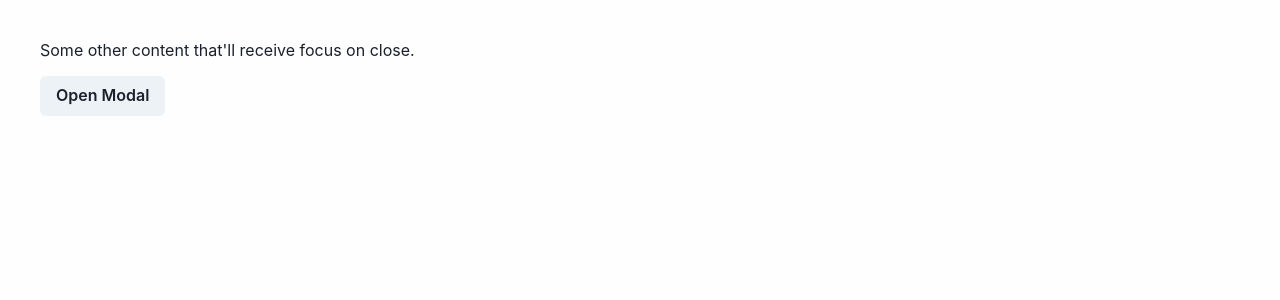
Repository: jorgelucasjs/chakra-ui-doc
Page: /
The author's editor kept a copy of each file at every save. The page is drawn from the files as they stood at one save, then again after a run of saves.
The browser window is 1280 px wide. The pictures show the whole page.
The project was rebuilt for these pictures with package versions that can differ from the ones it lists, and the page was loaded fresh each time.

Above is the page before, as saved 2023-01-05 13:11:36.

### public/index.html
<!DOCTYPE html>
<html lang="en">
  <head>
    <meta charset="utf-8" />
   <!--  <link rel="icon" href="%PUBLIC_URL%/logo.jpg" /> -->
    <meta name="viewport" content="width=device-width, initial-scale=1" />
    <meta name="theme-color" content="#000000" />
    <meta
      name="description"
      content="Web site created using create-react-app"
    />
    <!-- <link rel="apple-touch-icon" href="%PUBLIC_URL%/logo.jpg" /> -->
    <!--
      manifest.json provides metadata used when your web app is installed on a
      user's mobile device or desktop. See https://developers.google.com/web/fundamentals/web-app-manifest/
    -->
    <link rel="manifest" href="%PUBLIC_URL%/manifest.json" />
    <!--
      Notice the use of %PUBLIC_URL% in the tags above.
      It will be replaced with the URL of the `public` folder during the build.
      Only files inside the `public` folder can be referenced from the HTML.

      Unlike "/favicon.ico" or "favicon.ico", "%PUBLIC_URL%/favicon.ico" will
      work correctly both with client-side routing and a non-root public URL.
      Learn how to configure a non-root public URL by running `npm run build`.
    -->
    <title>Chackra ui</title>
  </head>
  <body>
    <noscript>You need to enable JavaScript to run this app.</noscript>
    <div id="root"></div>
    <!--
      This HTML file is a template.
      If you open it directly in the browser, you will see an empty page.

      You can add webfonts, meta tags, or analytics to this file.
      The build step will place the bundled scripts into the <body> tag.

      To begin the development, run `npm start` or `yarn start`.
      To create a production bundle, use `npm run build` or `yarn build`.
    -->
  </body>
</html>

### src/index.tsx
import React from 'react';
import ReactDOM from 'react-dom/client';
import App from './App';
import reportWebVitals from './reportWebVitals';

const root = ReactDOM.createRoot(
  document.getElementById('root') as HTMLElement
);


root.render(

	<React.StrictMode>
		<App />
	</React.StrictMode>

);

reportWebVitals();

### src/App.tsx
import * as React from 'react';
import PagesRouter from './routes';
import { extendTheme, ChakraProvider, ColorModeScript } from '@chakra-ui/react';
import theme from './theme/theme';

export default function App(): JSX.Element {

	return (
		<ChakraProvider theme={theme}>
			<ColorModeScript initialColorMode={theme.config.initialColorMode} />
			<PagesRouter />
		</ChakraProvider>
	);
}

### src/routes/index.tsx
import React from 'react';
import { BrowserRouter, Route, Routes } from 'react-router-dom';
import Home from '../pages';
import GlobalStyle from './../style/Global';
export default function PagesRouter(): JSX.Element {
	return (

		<BrowserRouter>
			<GlobalStyle />

			<Routes>

				<Route
					path='/'
					element={<Home />}
				/>
			</Routes>
		</BrowserRouter>

	);
}

### src/theme/theme.ts
import { extendTheme, ThemeConfig } from '@chakra-ui/react';

const config: ThemeConfig = {
	initialColorMode: 'light',
	useSystemColorMode: false,
};

const colors = {
	brand: {
		900: '#1a365d',
		800: '#153e75',
		700: '#2a69ac',
	},
};

const theme = extendTheme({ config, colors });

export default theme;

### src/pages/index.tsx
import React from 'react';
import { Box, Container, Text, Flex, Grid, Button, SimpleGrid } from '@chakra-ui/react';
import Gradient from '../components/Gradient';
import ColorMode from '../components/ColorMode';
import ModalComponent from '../components/ModalComponent';


export default function index(): JSX.Element {

	return (
		<Box p={10}>
			{/* <Gradient /> */}
			{/* <ColorMode /> */}
			<ModalComponent />
		</Box>
	);
}

### src/style/Global.ts
import { createGlobalStyle } from 'styled-components';

export default createGlobalStyle`
  * {
	  margin: 0;
	  padding: 0;
	  box-sizing: border-box;
	}

  body {
	  width: 100vw;
	  background:#fefefe;
  }

  body,
  input,
  textarea,
  button {
	font: 400 1rem Inter, sans-serif;
  }

  h1 {
	font-size: 2.5rem;
	font: 700;
	font-family: 'Work Sans', sans-serif;
  }

  h2 {
	font-size: 1.5rem;
  }

  button {
	cursor: pointer;
  }

  h1,
  h2,
  h3,
  h4,
  h5,
  h6 {
	font-weight: 600;
	font-family: Lexend, sans-serif;
  }

  input {
	outline: none;
  }
  a{
	text-decoration:none;
	color:#fff;
  }
  .modalContent,
  .secondModal {
	>img {
	  width: 15rem;
	  margin: 15px auto;
	  display: flex;
	  justify-content: center;
	  align-self: center;
	}
	> form {
	  margin: 20px 0;
	  width: 100%;
	  text-align: center;

	> label {
	  display: flex;
	  align-items: flex-start;
	  margin: 15px 0;
	  color: #1c1c1c;
	}

	>button {
	  margin-top: 25px;
	}
  }
}


.secondModal {
  >h1 {
	text-align: center;
	margin: 4rem 0 0 0;
  }

  >span {
	display: block;
	text-align: center;
	color: #1c1c1c;
	font-size: 15px;
	margin: 20px 0;
  }
}



`;

### src/components/ModalComponent.tsx
import React from 'react';
import {
	Modal,
	ModalOverlay,
	ModalContent,
	ModalHeader,
	ModalFooter,
	ModalBody,
	ModalCloseButton,
	useDisclosure,
	Button,
	Text,
	Box
} from '@chakra-ui/react';

export default function ModalComponent(): JSX.Element {
	const { isOpen, onOpen, onClose } = useDisclosure();
	const finalRef = React.useRef(null);

	return (


		<>
			<Box ref={finalRef} tabIndex={-1} aria-label='Focus moved to this box'>
				Some other content that'll receive focus on close.
			</Box>

			<Button mt={4} onClick={onOpen}>
				Open Modal
			</Button>
			<Modal finalFocusRef={finalRef} isOpen={isOpen} onClose={onClose}>
				<ModalOverlay />
				<ModalContent>
					<ModalHeader>Modal Title</ModalHeader>
					<ModalCloseButton />
					<ModalBody>
						<Text mb={3}>
							Sit nulla est ex deserunt exercitation anim occaecat. Nostrud
							ullamco deserunt aute id consequat veniam incididunt duis in sint
							irure nisi. Mollit officia cillum Lorem ullamco minim nostrud elit
							officia tempor esse quis.Sunt ad dolore quis aute consequat. Magna
							exercitation reprehenderit magna aute tempor cupidatat consequat
							elit dolor adipisicing. Mollit dolor eiusmod sunt ex incididunt
							cillum quis. Velit duis sit officia eiusmod Lorem aliqua enim laboris
							do dolor eiusmod. Et mollit incididunt nisi consectetur esse laborum
							eiusmod pariatur proident Lorem eiusmod et. Culpa deserunt nostrud ad
							veniam.
						</Text>

						<Text>
							Sit nulla est ex deserunt exercitation anim occaecat. Nostrud
							ullamco deserunt aute id consequat veniam incididunt duis in sint
							irure nisi. Mollit officia cillum Lorem ullamco minim nostrud elit
							officia tempor esse quis.Sunt ad dolore quis aute consequat. Magna
							exercitation reprehenderit magna aute tempor cupidatat consequat
							elit dolor adipisicing. Mollit dolor eiusmod sunt ex incididunt
							cillum quis. Velit duis sit officia eiusmod Lorem aliqua enim laboris
							do dolor eiusmod. Et mollit incididunt nisi consectetur esse laborum
							eiusmod pariatur proident Lorem eiusmod et. Culpa deserunt nostrud ad
							veniam.
						</Text>
					</ModalBody>

					<ModalFooter>
						<Button colorScheme='blue' mr={3} onClick={onClose}>
							Close
						</Button>
						<Button variant='ghost'>Secondary Action</Button>
					</ModalFooter>
				</ModalContent>
			</Modal>
		</>
	);
}

{/* <>
			<Button onClick={onOpen}>Open Modal</Button>
			<Modal isOpen={isOpen} onClose={onClose}>
				<ModalOverlay />
				<ModalContent>
					<ModalHeader>Modal Title</ModalHeader>
					<ModalCloseButton />
					<ModalBody>
						<Text mb={3}>
							Sit nulla est ex deserunt exercitation anim occaecat. Nostrud
							ullamco deserunt aute id consequat veniam incididunt duis in sint
							irure nisi. Mollit officia cillum Lorem ullamco minim nostrud elit
							officia tempor esse quis.Sunt ad dolore quis aute consequat. Magna
							exercitation reprehenderit magna aute tempor cupidatat consequat
							elit dolor adipisicing. Mollit dolor eiusmod sunt ex incididunt
							cillum quis. Velit duis sit officia eiusmod Lorem aliqua enim laboris
							do dolor eiusmod. Et mollit incididunt nisi consectetur esse laborum
							eiusmod pariatur proident Lorem eiusmod et. Culpa deserunt nostrud ad
							veniam.
						</Text>

						<Text>
							Sit nulla est ex deserunt exercitation anim occaecat. Nostrud
							ullamco deserunt aute id consequat veniam incididunt duis in sint
							irure nisi. Mollit officia cillum Lorem ullamco minim nostrud elit
							officia tempor esse quis.Sunt ad dolore quis aute consequat. Magna
							exercitation reprehenderit magna aute tempor cupidatat consequat
							elit dolor adipisicing. Mollit dolor eiusmod sunt ex incididunt
							cillum quis. Velit duis sit officia eiusmod Lorem aliqua enim laboris
							do dolor eiusmod. Et mollit incididunt nisi consectetur esse laborum
							eiusmod pariatur proident Lorem eiusmod et. Culpa deserunt nostrud ad
							veniam.
						</Text>
					</ModalBody>

					<ModalFooter>
						<Button colorScheme='blue' mr={3} onClick={onClose}>
							Close
						</Button>
						<Button variant='ghost'>Secondary Action</Button>
					</ModalFooter>
				</ModalContent>
			</Modal>
		</> */}

Loaded but not shown: src/reportWebVitals.ts (common file)

After the next 7 saves:
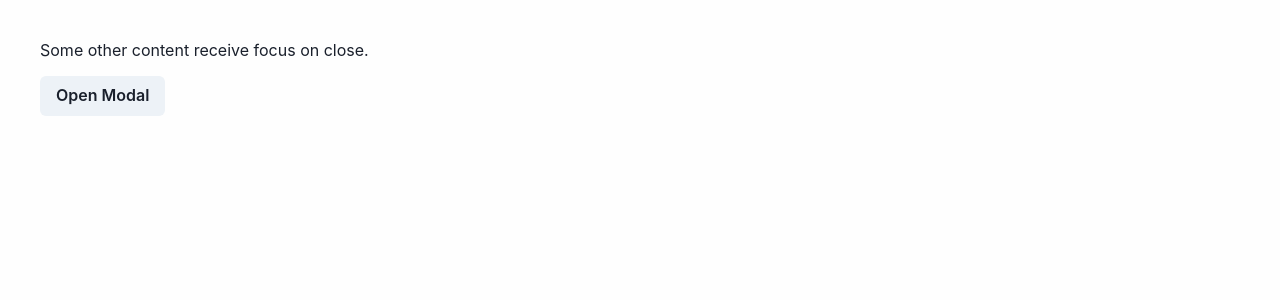
The 7 saves are shown as one change because 1 did not build or start and some came seconds apart.
The last was saved 29 s later.
--- a/src/components/ModalComponent.tsx
+++ b/src/components/ModalComponent.tsx
@@ -22,7 +22,7 @@
 
 		<>
 			<Box ref={finalRef} tabIndex={-1} aria-label='Focus moved to this box'>
-				Some other content that'll receive focus on close.
+				Some other content {} receive focus on close.
 			</Box>
 
 			<Button mt={4} onClick={onOpen}>

After the 2 saves that followed:
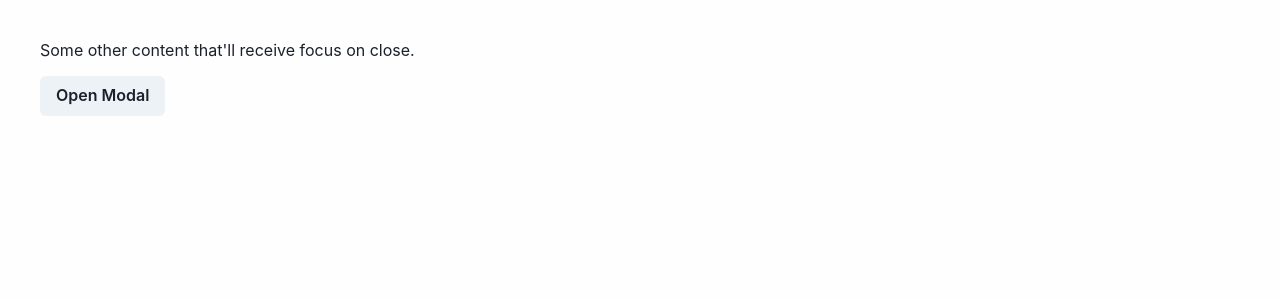
The 2 saves are shown as one change because they came seconds apart.
The last was saved 5 s later.
--- a/src/components/ModalComponent.tsx
+++ b/src/components/ModalComponent.tsx
@@ -22,7 +22,7 @@
 
 		<>
 			<Box ref={finalRef} tabIndex={-1} aria-label='Focus moved to this box'>
-				Some other content {} receive focus on close.
+				Some other content {"that'll"} receive focus on close.
 			</Box>
 
 			<Button mt={4} onClick={onOpen}>
